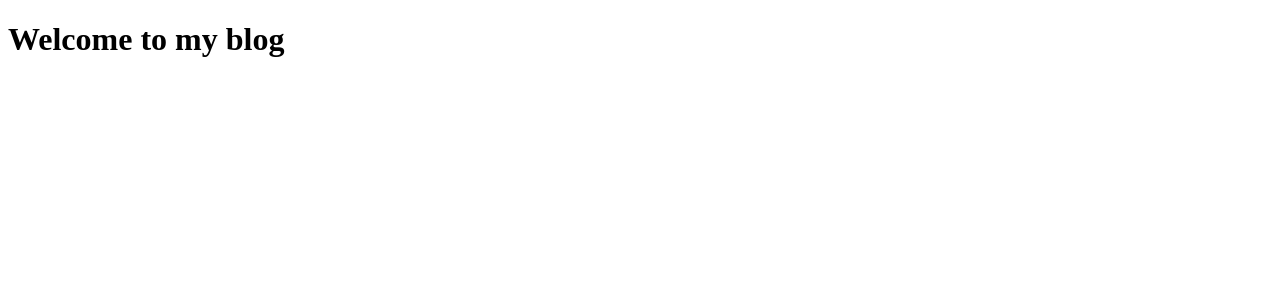
Repository: ardagungunes/my-blog
Page: http://localhost/
These files come from the project's save history. The page is drawn as it stood at one moment and after the next save; the edit follows.
The browser window is 1280 px wide. The pictures show the whole page.
The page is served by the project's application, run on Django 5.2 (manage.py). Other server files are loaded and not shown.

Above is the page before, as saved 2024-07-25 17:49:26.

### blog/templates/blog/index.html
{% extends "base.html" %}

{% block title%}

My Blog

{%endblock%}

{% block content %}

<header>
    <h1><a href=""> </a></h1>
</header>

<h1>Welcome to my blog</h1>

{%endblock%}

### templates/base.html
<!DOCTYPE html>
<html lang="en">
  <head>
    <meta charset="UTF-8" />
    <meta name="viewport" content="width=device-width, initial-scale=1.0" />
    <title>{% block title %}{% endblock %}</title>
    {% block css_files %}{% endblock %}
  </head>
  <body>
    {% block content %}{% endblock %}
  </body>
</html>

### blog/views.py
from django.shortcuts import render
from django.http import HttpResponse

# Create your views here.

def starting_page(request):
    return render(request, "blog/index.html")

def posts(request):
    return HttpResponse("<h1>All Posts!</h1>")

def post_detail(request, slug):
    print(slug)
    print(slug)
    return HttpResponse("<h1>Single Post!</h1>")

### my_site/urls.py
"""
URL configuration for my_site project.

The `urlpatterns` list routes URLs to views. For more information please see:
    https://docs.djangoproject.com/en/5.0/topics/http/urls/
Examples:
Function views
    1. Add an import:  from my_app import views
    2. Add a URL to urlpatterns:  path('', views.home, name='home')
Class-based views
    1. Add an import:  from other_app.views import Home
    2. Add a URL to urlpatterns:  path('', Home.as_view(), name='home')
Including another URLconf
    1. Import the include() function: from django.urls import include, path
    2. Add a URL to urlpatterns:  path('blog/', include('blog.urls'))
"""
from django.contrib import admin
from django.urls import path, include

urlpatterns = [
    path('admin/', admin.site.urls),
    path("", include("blog.urls"))
]

### blog/urls.py
from django.urls import path
from . import views

urlpatterns = [
    path("", views.starting_page, name="starting-page"),
    path("posts", views.posts, name="posts-page"),
    path("posts/<slug:slug>", views.post_detail, name="post-detail-page")
]

After the next save:
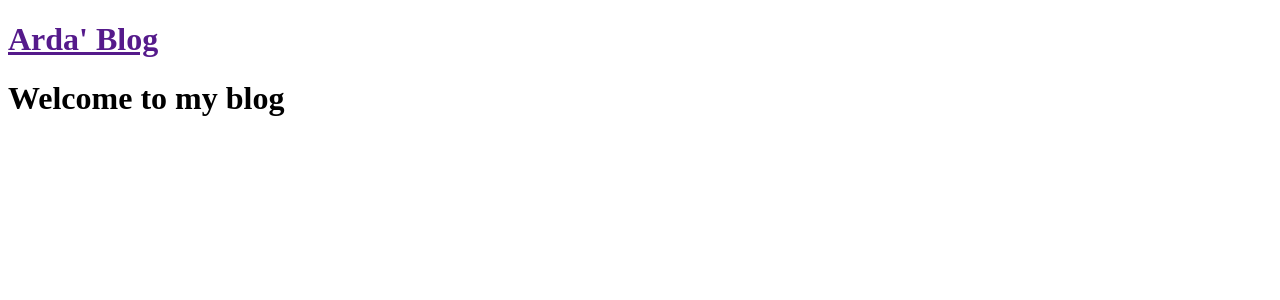
Saved 8 s later.
--- a/blog/templates/blog/index.html
+++ b/blog/templates/blog/index.html
@@ -9,7 +9,7 @@ My Blog
 {% block content %}
 
 <header>
-    <h1><a href=""> </a></h1>
+    <h1><a href=""> Arda' Blog </a></h1>
 </header>
 
 <h1>Welcome to my blog</h1>
